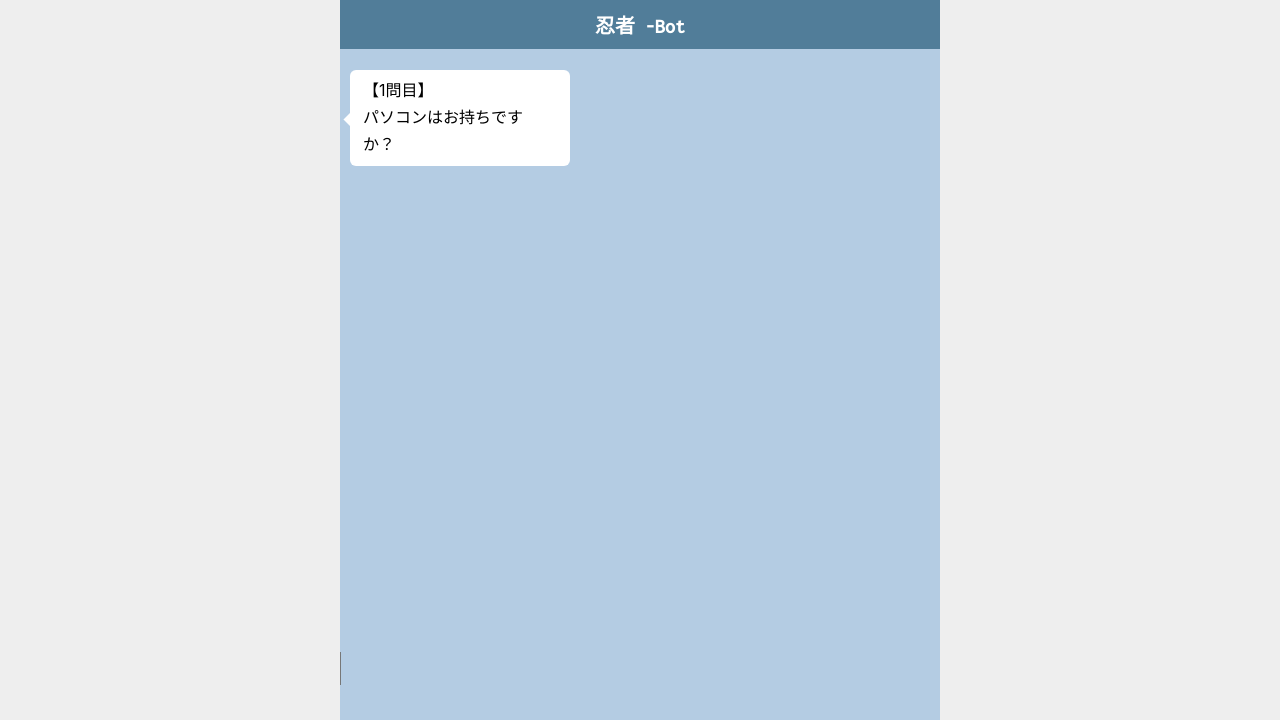
Repository: t0chan/bot
Page: index.html
The author's editor kept a copy of each file at every save. The page is drawn from the files as they stood at one save, then again after a run of saves.
The browser window is 1280 px wide. The pictures show the whole page.

Above is the page before, as saved 2021-11-04 17:42:23.

### index.html
<!DOCTYPE html>
<html lang="ja">
<head>
    <meta charset="UTF-8">
    <meta http-equiv="X-UA-Compatible" content="IE=edge">
    <meta name="viewport" content="width=device-width, initial-scale=1.0">
    <link rel="preconnect" href="https://fonts.googleapis.com">
    <link rel="preconnect" href="https://fonts.gstatic.com" crossorigin>
    <link href="https://fonts.googleapis.com/css2?family=Inconsolata:wght@500&display=swap" rel="stylesheet">
    <link rel="stylesheet" href="style.css">
    <title>忍者bot</title>
</head>
<body>
   <div class="wrapper">
       <h1>忍者 -Bot</h1>

       <!-- 画面 -->
       <div id="chat-field">
           <ul id="chat-ul">
           </ul>
       </div>
       <!-- 入力場所、送信ボタン -->
       <div id="input-field">
           <ul id="select-list">
           </ul>
       </div>
   </div>
   <script src="https://code.jquery.com/jquery-3.5.0.js"></script>
   <script src="questions.js"></script>
   <script src="main.js"></script>
</body>
</html>

### style.css
* {
    margin: 0;
    padding: 0;
    list-style: none;
    box-sizing: border-box;
    font-family: -apple-system, BlinkMacSystemFont, "Helvetica Neue", YuGothic, "ヒラギノ角ゴ ProN W3", Hiragino Kaku Gothic ProN, Arial, "メイリオ", Meiryo, sans-serif;
}

body {
    background: #eee;
}

img {
    width: 100%;
    height: auto;
}

.wrapper {
    max-width: 600px;
    margin: 0 auto;
}
h1 {
    position: fixed;
    top: 0;
    left: 50%;
    transform: translateX(-50%);
    max-width: 600px;
    width: 100%;
    z-index: 10;
    padding: 10px 0;
    text-align: center;
    background: #517D99;
    color: #fff;
    font-size: 20px;
    font-family: 'Inconsolata', monospace;
}

#chat-field{
    height: 100vh;
    padding: 70px 0 140px 0;
    background-color: #B4CCE3;
    overflow-x: hidden;
    overflow-y: scroll;
    -webkit-overflow-scrolling: touch;
  }
#chat-field::-webkit-scrollbar {
    display:none;
  }

#chat-ul {
    display: flex;
    flex-direction: column;
    padding-bottom: 50px;
}

#chat-ul li {
    background-color: #fff;
    position: relative;
    margin: 0 auto 10px 10px;
    word-wrap: break-word;
    display: inline-block;
    border-radius: 6px;
    min-height: 30px;
    max-width: 220px;
    padding: 7px 18px 7px 13px;
    line-height: 1.7em;

}
#chat-ul li::before {
    position: absolute;
    content: "";
    height: 10px;
    width: 10px;
    top: 50%;
    left: -8px;
    transform: rotate(45deg) translateY(-50%);
    background-color: #fff;

}

#chat-ul li:nth-child(even) {
    margin: 0 10px 10px auto;
    background-color: #a4e496;
}

#chat-ul li:nth-child(even)::before {
    background-color: #a4e496;
    left: calc(100% - 8px);
}

#input-field {
  position: fixed;
  width: 100vw;
  overflow: scroll;
  bottom: 35px;
  box-sizing: border-box;
  border-left: 1px solid #777;
  border-right: 1px solid #777;
  margin: 0 auto;
}

#select-list {
    display: flex;
    margin: 0 10px;
    transform: translateY(100%);
    width: max-content;
    animation: slideIn 0.2s linear 0.2s 1 forwards;
}

#select-list li {
    background-color: #686262;
    color: #fff;
    padding: 4px 13px 5px 13px;
    border-radius: 20px;
    margin-right: 8px;

}

#select-list li:last-child {
    margin-right: 0;
}

### questions.js
const questions = [
    {
        "title":"【1問目】<br>パソコンはお持ちですか？",
        "list":["はい","買う予定","今後も持たない"]
    },
    {
        "title":"【2問目】<br>パソコンはお持ちですか？",
        "list":["はい","買う予定","今後も持たない"]
    },
    {
        "title":"【3問目】<br>パソコンはお持ちですか？",
        "list":["はい","買う予定","今後も持たない"]
    },
    {
        "title":"【4問目】<br>パソコンはお持ちですか？",
        "list":["はい","買う予定","今後も持たない"]
    },
    {
        "title":"【5問目】<br>パソコンはお持ちですか？",
        "list":["はい","買う予定","今後も持たない"]
    },

];

### main.js
$(() => {
    class Chat {
        constructor() {
          this.count = 0;//何問めかのカウント
          this.logs = [];//ユーザーがクリックした履歴

        }
        output() {
            if (this.count < questions.length) {

                this.textPush(questions[this.count]['title']);
                setTimeout(() => {
                    questions[this.count]['list'].forEach((text, index)=> {
                        $('#select-list').append(`<li data-number="${index+1}">${text}</li>`);
                    });
                },400);
            }else {
                console.log('結果発表～～～！');
            }
        }
        textPush(text) {
            $('#chat-ul').append(`<li>${text}</li>`);
        }
        answer() {
            $('body').on('click','#select-list li', (e) => {
                this.textPush($(e.target).text());
                this.logs[this.count] = $(e.target).attr('data-number');
                log
            });
        }

    }

    const chat = new Chat();
    chat.output();
    chat.answer();
});

After the next 3 saves:
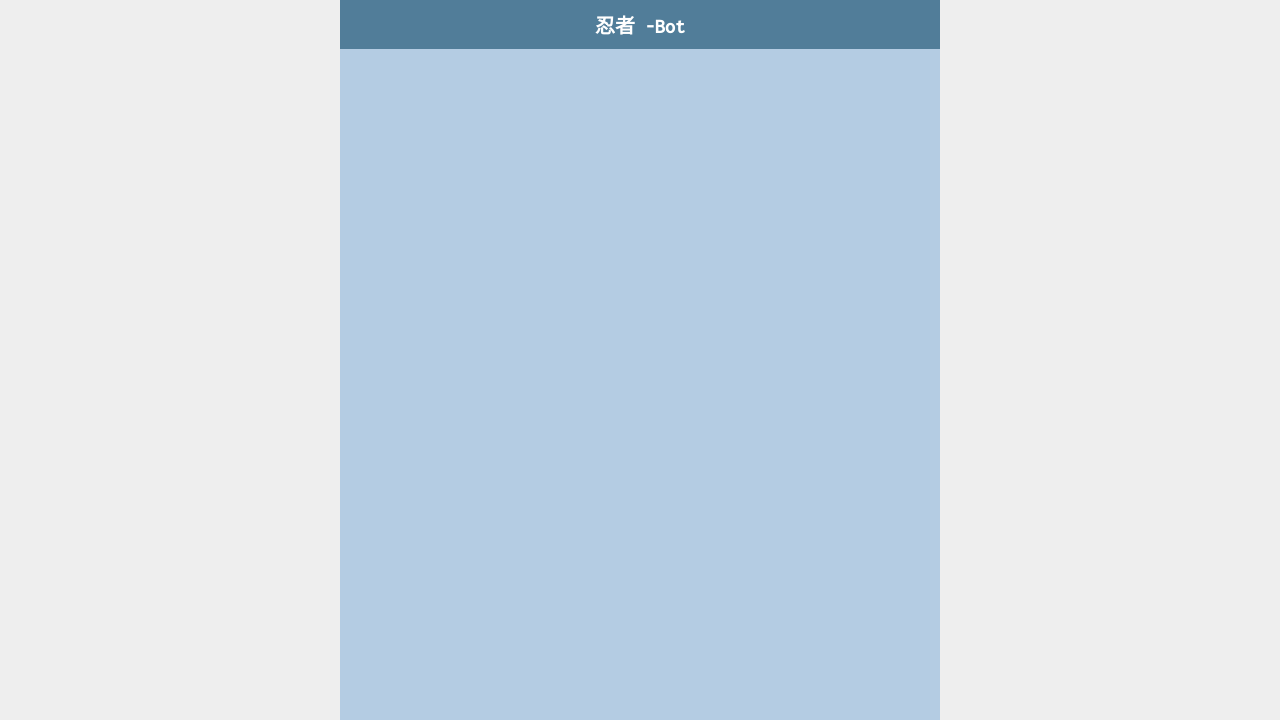
Console error: SyntaxError: missing ) after argument list
The 3 saves are shown as one change because they came seconds apart.
The last was saved 10 s later.
--- a/main.js
+++ b/main.js
@@ -24,8 +24,8 @@
         answer() {
             $('body').on('click','#select-list li', (e) => {
                 this.textPush($(e.target).text());
-                this.logs[this.count] = $(e.target).attr('data-number');
-                log
+
+                console.log( this.logs[this.count] = $(e.target).attr('data-number'););
             });
         }
 

After the save that followed:
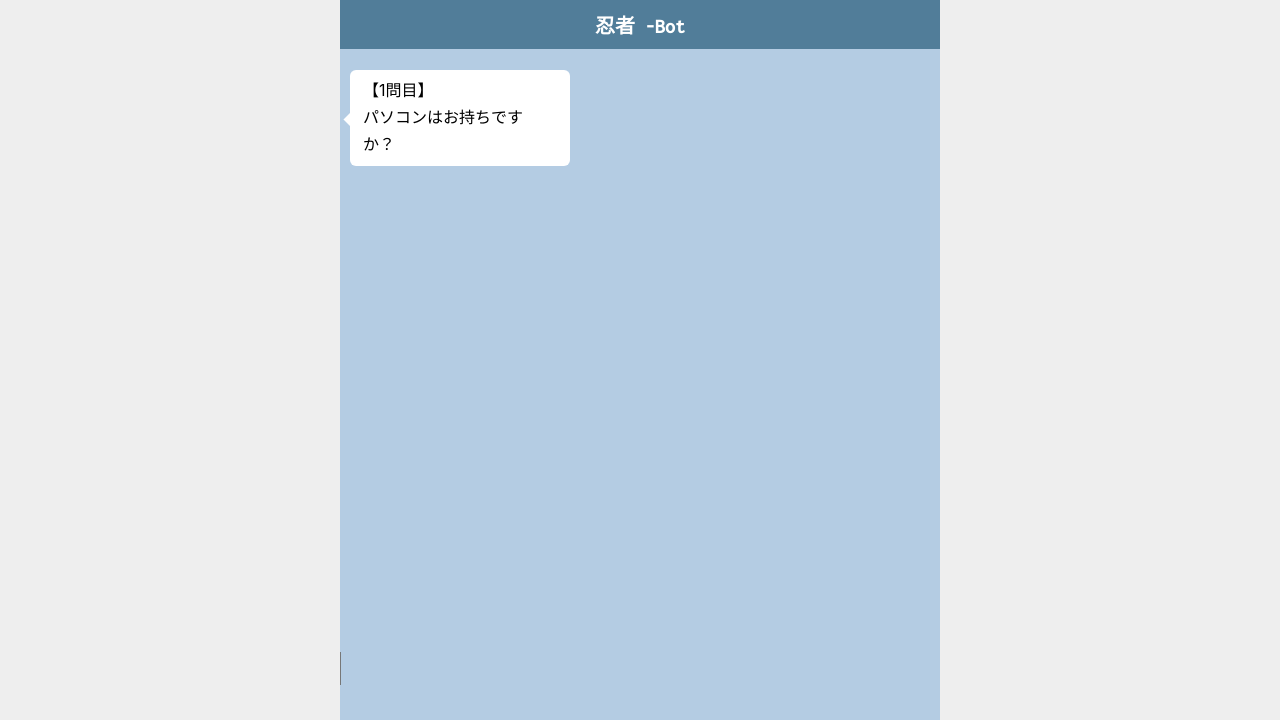
The error is gone.
Saved 15 s later.
--- a/main.js
+++ b/main.js
@@ -25,7 +25,7 @@
             $('body').on('click','#select-list li', (e) => {
                 this.textPush($(e.target).text());
 
-                console.log( this.logs[this.count] = $(e.target).attr('data-number'););
+                console.log();
             });
         }
 
